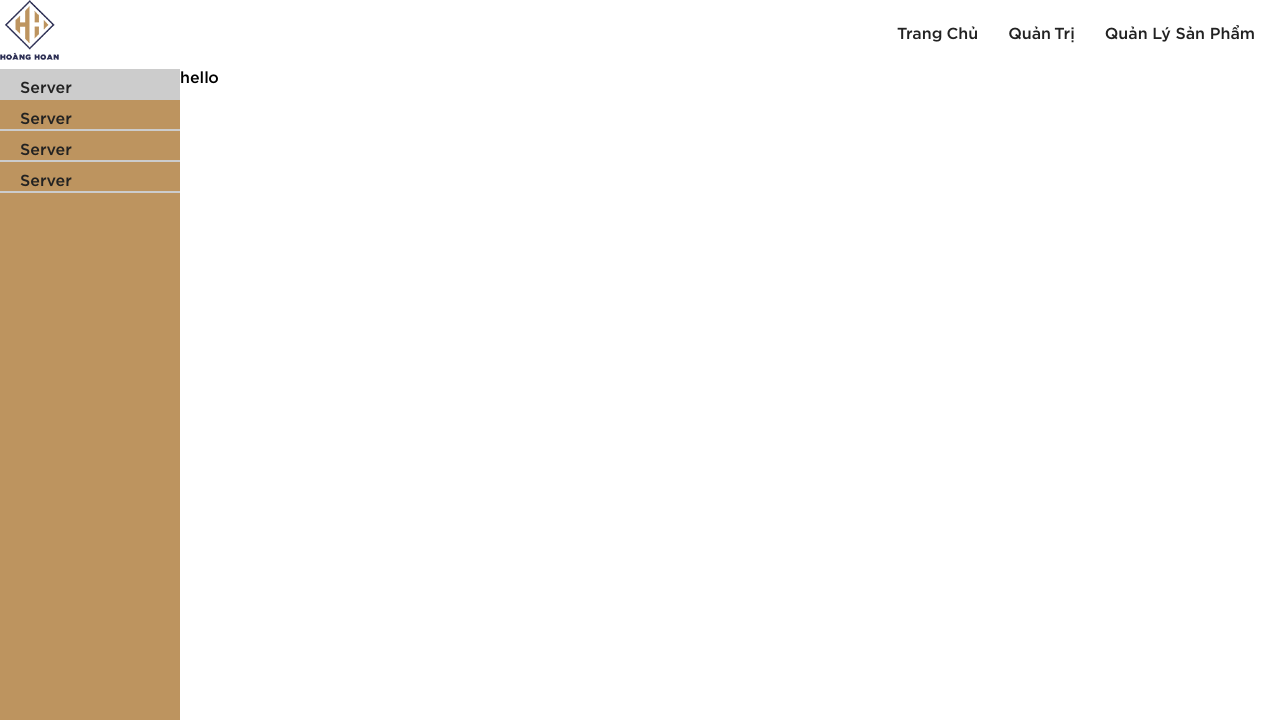
Repository: LDDUNG2003/prj_2
Page: /adminLocal
The author's editor kept a copy of each file at every save. The page is drawn from the files as they stood at one save, then again after the next save.
The browser window is 1280 px wide. The pictures show the whole page.
The pointer rests on the first visible `.Menu-List--item`.
The project was rebuilt for these pictures with package versions that can differ from the ones it lists, and the page was loaded fresh each time. Also part of the build but not shown: src/layouts/header/itemsHeader/index.js, src/layouts/header/loginHeader/index.js, src/layouts/header/index.js, src/layouts/footer/index.js, src/layouts/defaultLayout/index.js, src/font-awesome/index.js, src/pages/home/setProductSlick/index.js, src/pages/home/index.js and 9 more.

Above is the page before, as saved 2023-10-02 15:54:38.

After the next save:
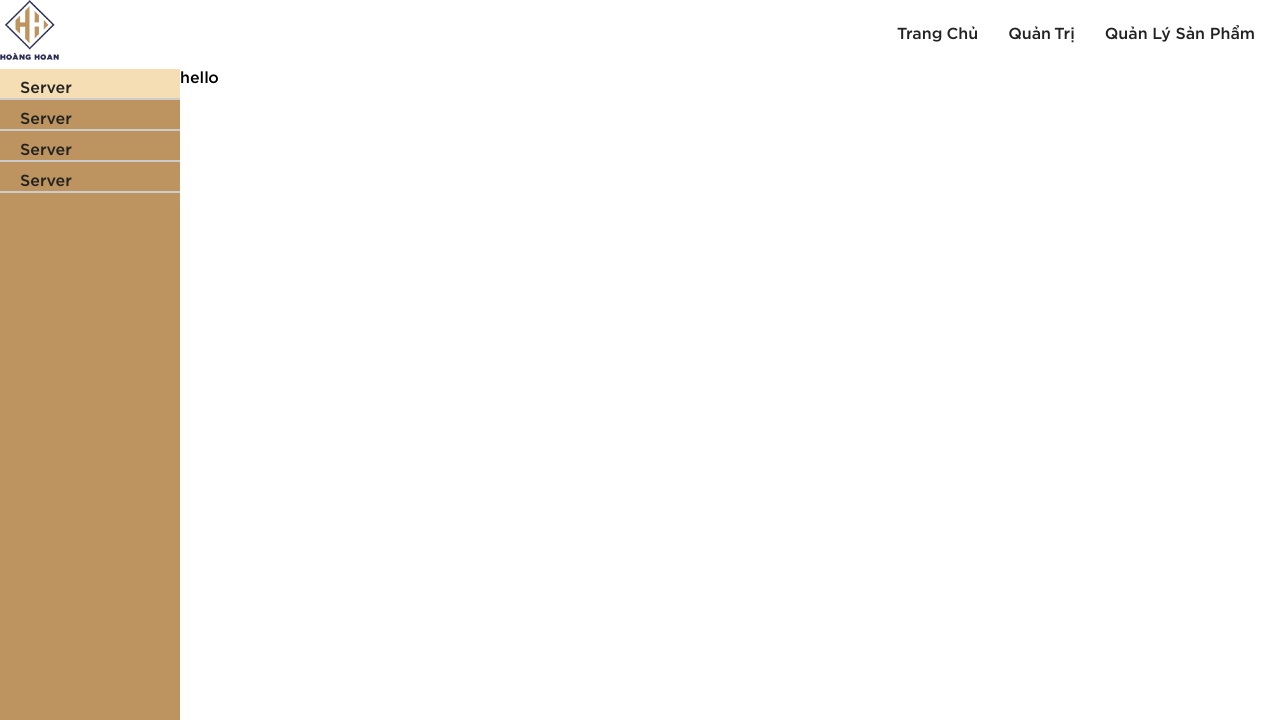
Saved 7 s later.
--- a/src/layouts/AdminLayout/styles/index.css
+++ b/src/layouts/AdminLayout/styles/index.css
@@ -55,5 +55,5 @@
 }
 
 .Menu-List--item:hover {
-    background-color: #ccc;
+    background-color: wheat !important;
 }
